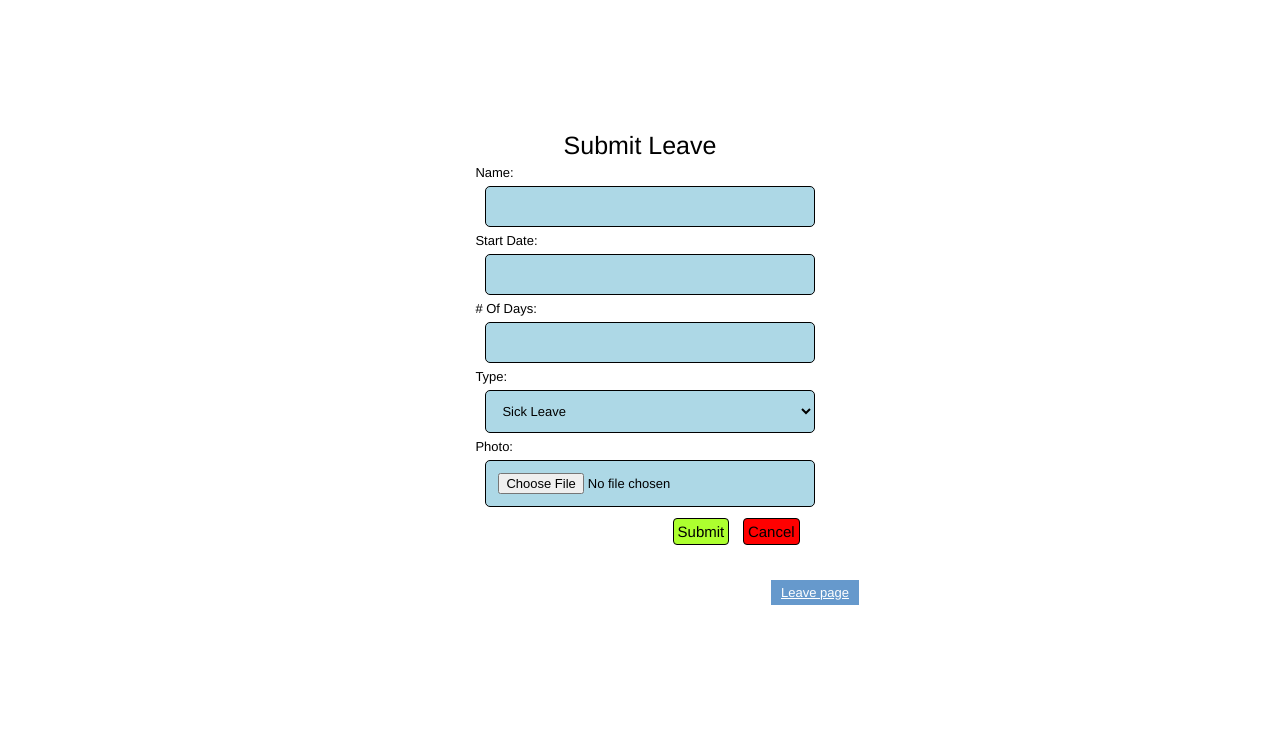
Repository: Murad71/BasicCRUD
Page: index.html
An editor plug-in stored every save of this project. The page is shown before and after the next save, followed by the edit.
The browser window is 1280 px wide. The pictures show the whole page.

Above is the page before, as saved 2023-04-18 21:47:15.

### index.html
<!DOCTYPE html>
<html lang="en">
  <head>
    <meta charset="UTF-8" />
    <meta http-equiv="X-UA-Compatible" content="IE=edge" />
    <meta name="viewport" content="width=device-width, initial-scale=1.0" />
    <link rel="stylesheet" href="index.css" />
    <title>Leave Request</title>
  </head>
  <body>
    <div class="flex1">
      <form id="form1">
        <header>Submit Leave</header>
        <div class="container">
          <label for="name">Name:</label>
          <input type="text" id="name" name="name" />
          <br />
          <label for="startdate">Start Date:</label>
          <input type="text" id="startdate" name="startdate" />
          <br />
          <label for="days"># Of Days:</label>
          <input type="text" id="days" name="days" />
          <br />
          <label for="leaves">Type:</label>
          <select id="leave" name="leaves" required>
            <option value="Sick leave">Sick Leave</option>
            <option value="Early leave">Early Leave</option>
            <option value="Vacation leave">Vacation Leave</option>
            <option value="Other">Other</option>
          </select>
          <br />
          <label for="photo">Photo:</label>
          <input type="file" id="photo" name="photo"/>
          <div class="button-container">
            <input type="submit" value="Submit" id="submitButton"/>
            <input type="reset" value="Cancel" class="cancel" />
          </div>
        </div>
      </form>
      <div class="anchorContainer">
        <a href="index1.html"> Leave page</a>
        <!--Added the hyperlink here-->
      </div>
    </div>
    <script src="script.js"></script>
  </body>
</html>

### index.css
* {
  box-sizing: border-box;
  font-family: "Franklin Gothic Medium", "Arial Narrow", Arial, sans-serif;
  font-size: small;
}

.flex1
{
  align-items: center;
  display: flex;
  justify-content: center;
  height: 100vh;
  flex-direction: column;
}

.container {
  background-color: white;
  padding: 5px 20px 15px 20px;
  border: none;
  border-radius: 6px;
  flex-direction: column;
  margin-bottom: 15px;
  width: 100%;
}

header {
  font-size: 25px;
  text-align: center;
}

input[type="text"],
input[type="file"],
select,
textarea {
  width: 100%;
  padding: 12px;
  margin: 6px;
  border: 1px solid;
  border-radius: 5px;
  margin-left: 10px;
  background-color: lightblue;
}

.button-container {
  text-align: right;
}

input[type="submit"],
input[type="reset"] {
  font-size: 15px;
  border: 1px solid;
  margin: 5px;
  padding: 4px;
  background-color: greenyellow;
  border-radius: 4px;
}

input[type="reset"].cancel {
  background-color: red;
}

.anchorContainer {
  margin-left: 350px;
}

a {
  display: inline-block;
  background: #69c;
  color: #fff;
  padding: 5px 10px;
}

### script.js
let storage=JSON.parse(localStorage.getItem('store')) || [];
let index=JSON.parse(localStorage.getItem('rIndex')) || null;
const submitButtonCatch=document.getElementById("submitButton");
const img= new Image();

//after clicking the submit button
submitButtonCatch.addEventListener("click",() =>{
    const form=document.getElementById("form1");
    let object={};
    let flag=true;

    object["id"]= Date.now();
    for(let i=0;i<form.length;i++)
    {
        if(form.elements[i].name=="photo")
        {
            object[form.elements[i].name]= img.src;
        }
        else
        {
            object[form.elements[i].name]=form.elements[i].value;
        }
        if(form.elements[i].value=='')
        {
            flag=false;
            alert("WARNING: Fill all the given Input correctly.");
            break;
        }
        if(form.elements[i].name=="days" && (form.elements[i].value>7 || form.elements[i].value<1))
        {
            flag=false;
            alert("WARNING: Enter a valid number for vacation");
            break;
        }
    }

    if(flag)
    {
        alert("Your data has been submitted Successfully!!");
        if(index!=null)
        {
            storage[index]=object;
            index=null;
        }
        else storage.push(object);


        localStorage.setItem('store',JSON.stringify(storage));
        localStorage.setItem('rIndex',JSON.stringify(index));
        form.reset();
    }
});


//base64 conversion
const fileEl= document.getElementById('photo');
fileEl.addEventListener('change', () =>{

    const fr= new FileReader();
    fr.readAsDataURL(fileEl.files[0]);

    fr.addEventListener('load', ()=>{

        const url= fr.result;
        img.src= url;

    });

});


console.log(storage);



// let submitButtonClicked=document.getElementById("submitButton");
// let indx=0;
// let flag= true;
// let obj={};

// submitButtonClicked.addEventListener('click',() =>{

//     const form= document.getElementById('form1');
//     obj["id"]= indx;
//     indx++;
//     for(let i=0; i<form.length; i++)
//     {
//         obj[form.elements[i].name]=form.elements[i].value;
//         if(form.elements[i].value=='')
//         {
//             flag=false;
//             alert("WARNING: Fill all the given Input correctly.");
//             break;
//         }
//         if(form.elements[i].name=="days" && (form.elements[i].value>7 || form.elements[i].value<1))
//         {
//             flag=false;
//             alert("WARNING: Enter a valid number for vacation");
//             break;
//         }
//     }

//     if(flag)
//     {
//         alert("Data entered successfully!");
//         insertData();
//     }

// });


// function intertData()
// {
//     const table = document.getElementsByClassName("tbody1")[0];
//           var row=document.createElement('tr');
//            row.innerHTML = `<td>${obj.name}</td>
//                 <td>${obj.startdate}</td>
//                 <td>${obj.days}</td>
//                 <td>${obj.leaves}</td>
//                 <td><img id="img" src=${obj.photo} alt=""></td>
//                 <td><a href="index.html" id="edit">Edit</a> <input type='button' value= 'Reject' name=${obj.id} id="reject"/></td>`;
//             table.appendChild(row);
// }

After the next save:
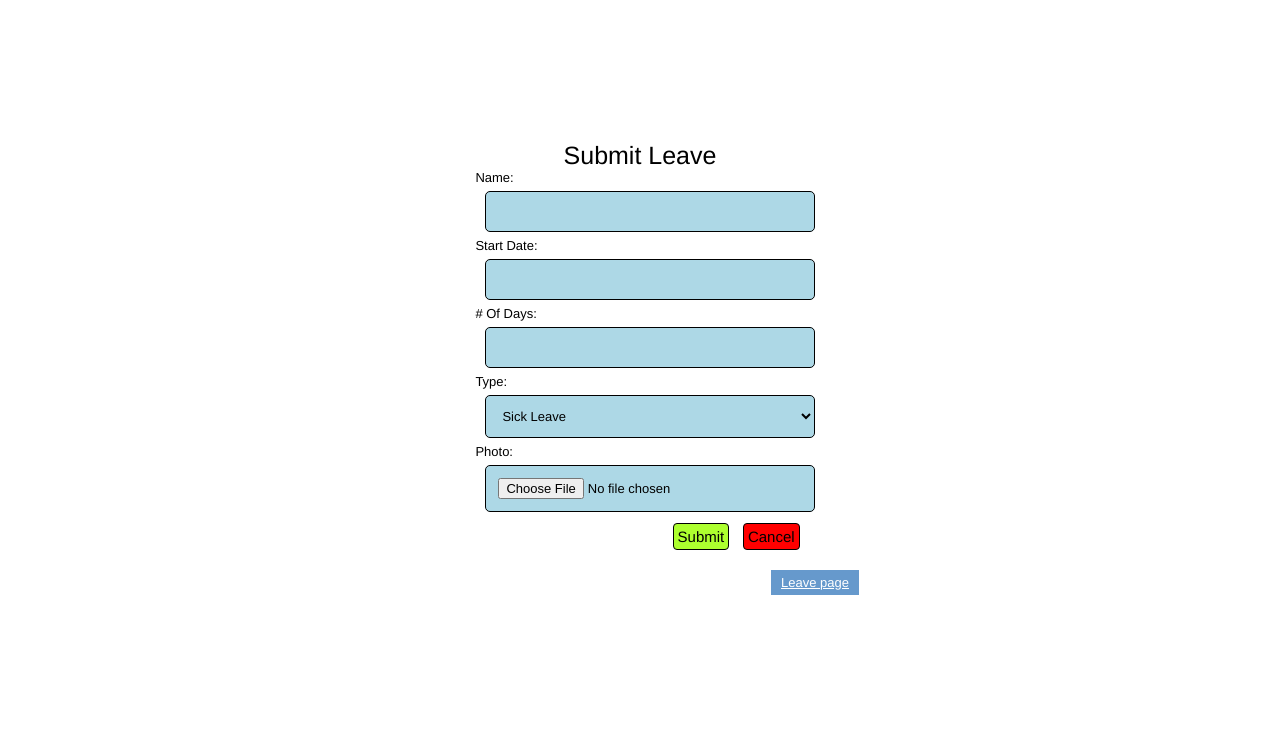
Saved 9 s later.
--- a/index.css
+++ b/index.css
@@ -15,7 +15,7 @@
 
 .container {
   background-color: white;
-  padding: 5px 20px 15px 20px;
+  /* padding: 5px 20px 15px 20px; */
   border: none;
   border-radius: 6px;
   flex-direction: column;
